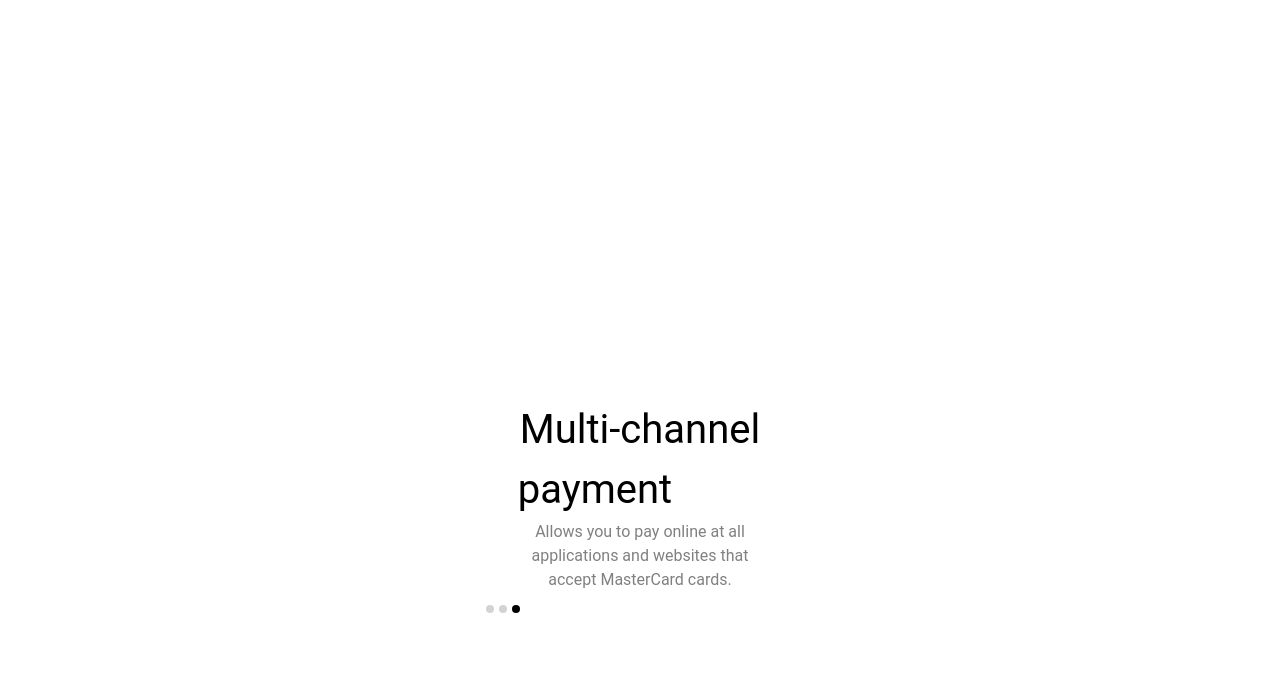
Repository: uh-sman/LottieApp
Page: /Card
These files come from the project's save history. The page is drawn as it stood at one moment and after the next save; the edit follows.
The browser window is 1280 px wide. The pictures show the whole page.
The project was rebuilt for these pictures with package versions that can differ from the ones it lists, and the page was loaded fresh each time. Also part of the build but not shown: src/App.css, src/components/Piggybank.js, src/components/Hero.js, src/components/Maincontainer.js.

Above is the page before, as saved 2022-09-11 18:42:06.

After the next save:
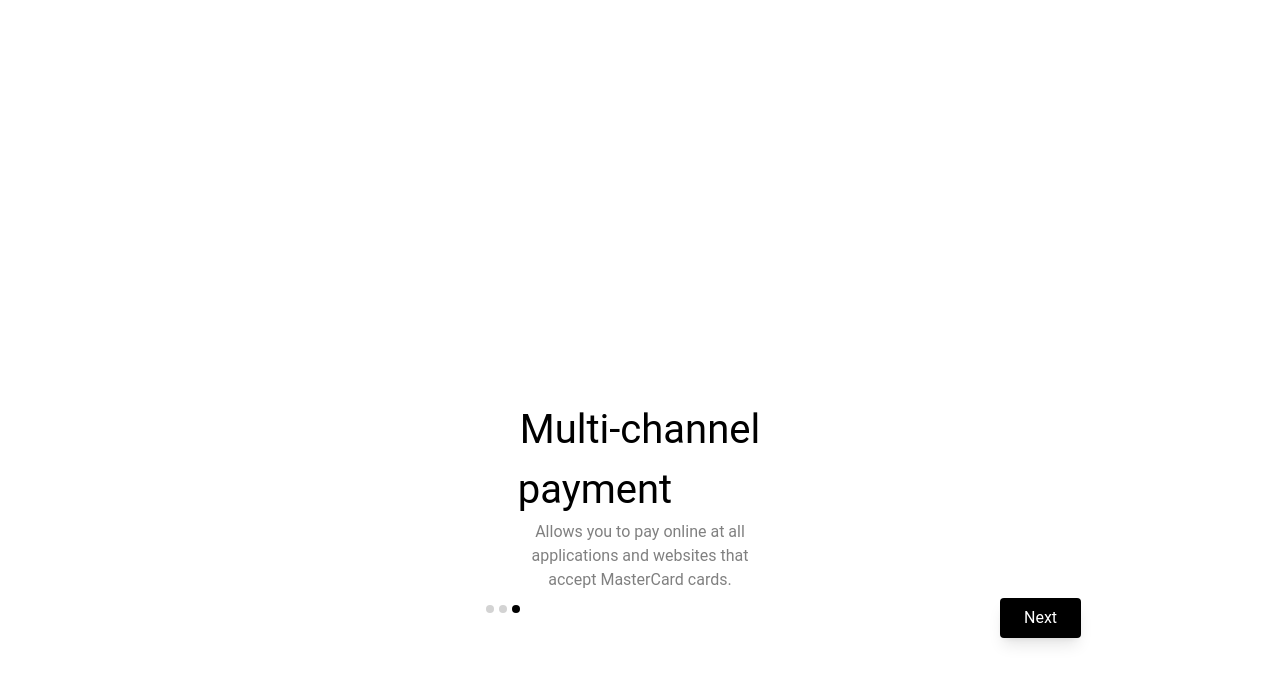
Saved 32 s later.
--- a/src/components/Card.js
+++ b/src/components/Card.js
@@ -49,12 +49,12 @@ export const Card = () => {
         <li className="cardround"></li>
         <li className="cardempty"></li>
         <li className="cardfull"></li>
-        {/* <Link
+        <Link
           className="absolute left-[1000px]  bg-black text-white py-2 px-6 rounded shadow-lg top-[83%]"
           to="/Piggybank"
         >
           Next
-        </Link> */}
+        </Link>
       </div>
     </div>
   );
